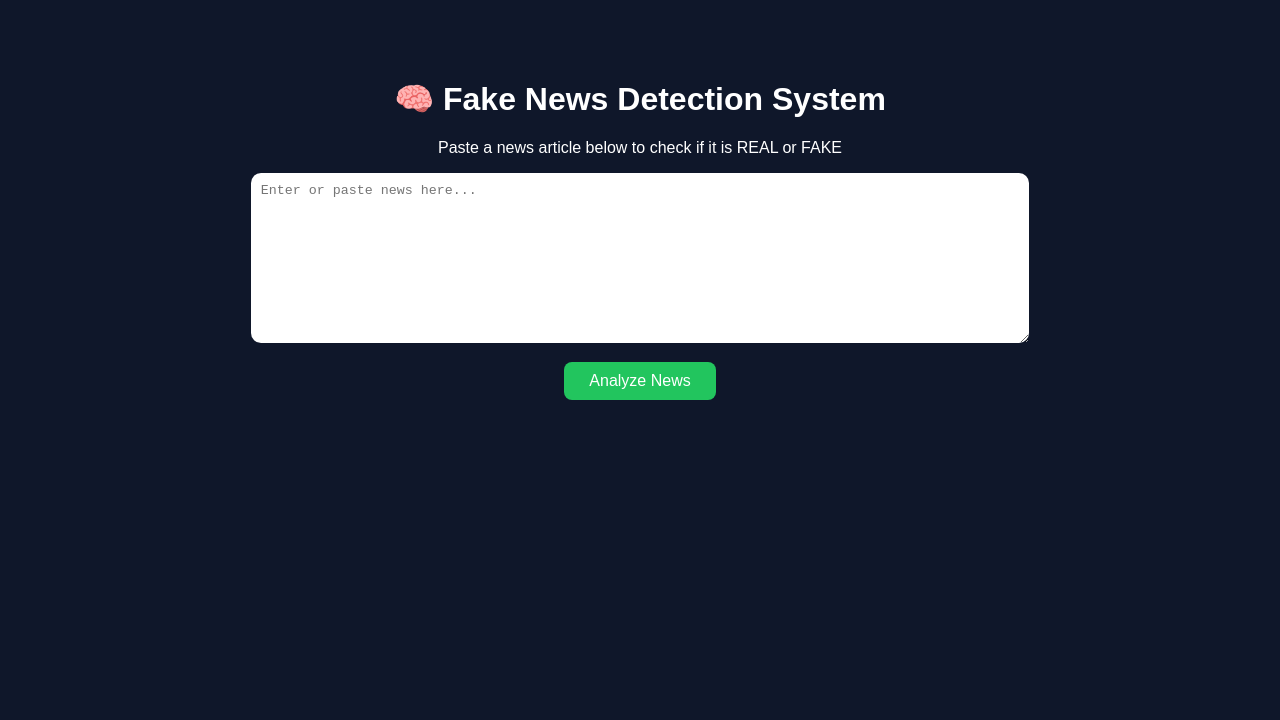
Repository: abrahamnayipoan/fake-news-detector
Page: frontend/index.html
An editor plug-in stored every save of this project. The page is shown before and after the next save, followed by the edit.
The browser window is 1280 px wide. The pictures show the whole page.

Above is the page before, as saved 2026-05-22 14:27:05.

After the next save:
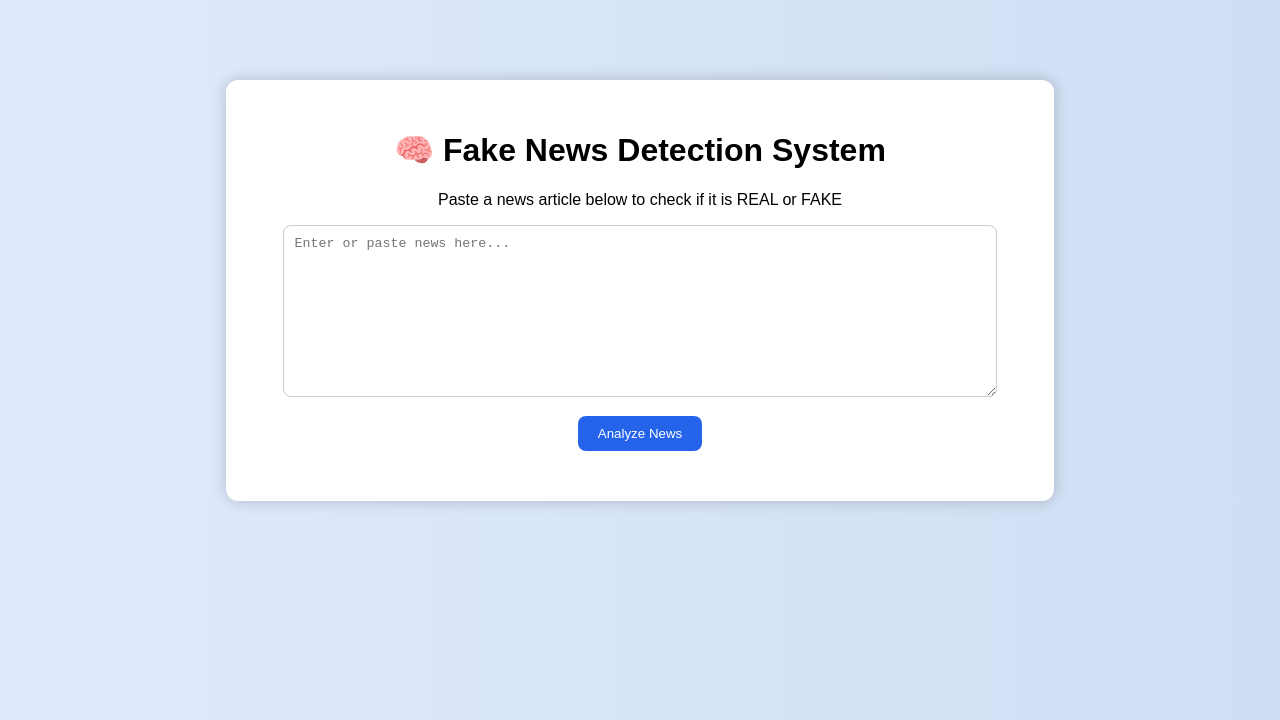
Saved 8 min 59 s later.
--- a/frontend/style.css
+++ b/frontend/style.css
@@ -1,35 +1,42 @@
 body {
-    background: #0f172a;
-    color: white;
-    font-family: Arial;
+    font-family: Arial, sans-serif;
+    background: linear-gradient(to right, #e0eafc, #cfdef3);
     text-align: center;
+    margin: 0;
+    padding: 0;
 }
 
 .container {
     margin-top: 80px;
+    background: white;
+    width: 60%;
+    margin-left: auto;
+    margin-right: auto;
+    padding: 30px;
+    border-radius: 12px;
+    box-shadow: 0px 0px 15px rgba(0,0,0,0.2);
 }
 
 textarea {
-    width: 60%;
+    width: 90%;
     height: 150px;
     padding: 10px;
-    border-radius: 10px;
-    border: none;
+    border-radius: 8px;
+    border: 1px solid #ccc;
 }
 
 button {
     margin-top: 15px;
-    padding: 10px 25px;
-    background: #22c55e;
+    padding: 10px 20px;
+    background: #2563eb;
+    color: white;
     border: none;
-    color: white;
-    font-size: 16px;
     border-radius: 8px;
     cursor: pointer;
 }
 
 button:hover {
-    background: #16a34a;
+    background: #1d4ed8;
 }
 
 h2 {
